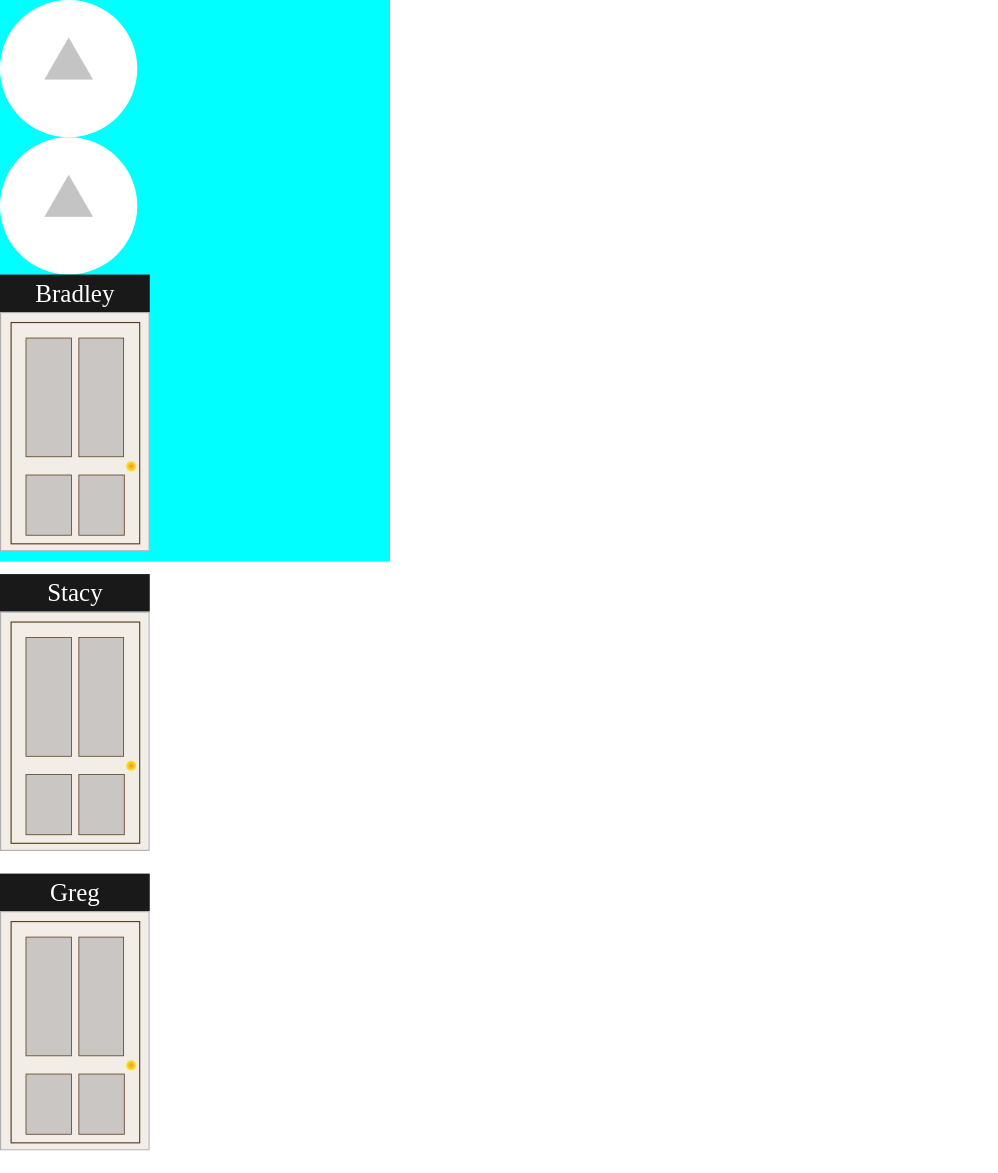
Repository: dnguyen130/HelpAHomieV3
Page: index.html
An editor plug-in stored every save of this project. The page is shown before and after the next save, followed by the edit.
The browser window is 1280 px wide. The pictures show the whole page, at 78% of full size.

Above is the page before, as saved 2021-03-10 20:25:40.

After the next save:
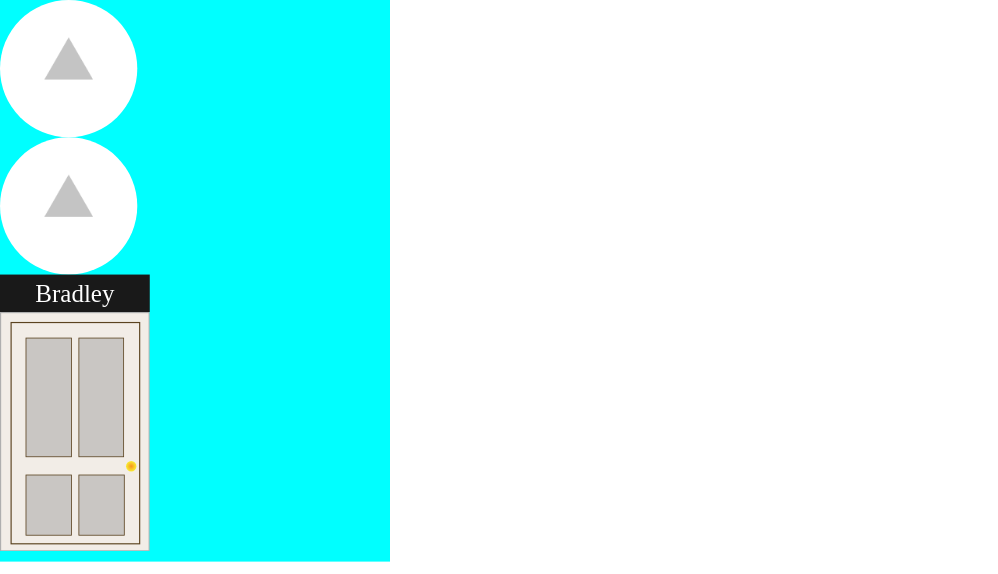
Saved 6 s later.
--- a/workflow.js
+++ b/workflow.js
@@ -5,5 +5,5 @@ document.querySelector(".arrow").innerHTML += TriangleButtonUI();
 
 //doors
 document.querySelector(".door-container").innerHTML += DoorUI();
-document.querySelector(".door-container").innerHTML += DoorUI("Stacy");
-document.querySelector(".door-container").innerHTML += DoorUI("Greg");
+// document.querySelector(".door-container").innerHTML += DoorUI("Stacy");
+// document.querySelector(".door-container").innerHTML += DoorUI("Greg");
